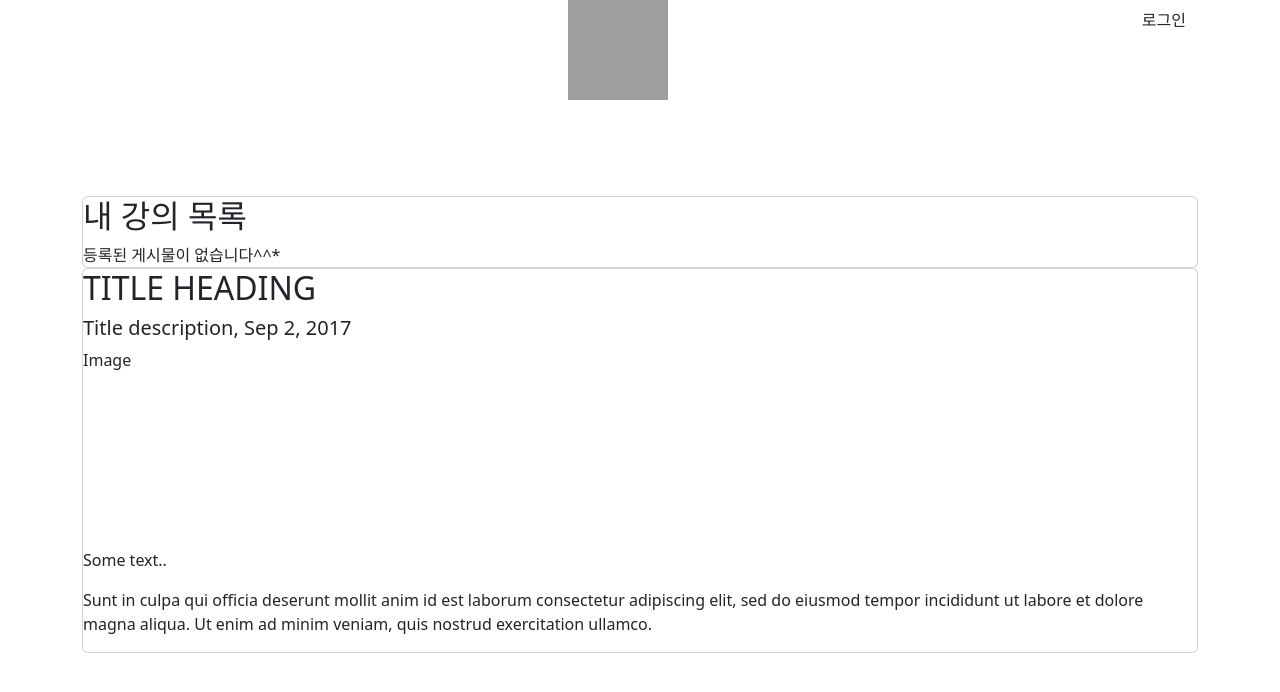
Repository: seonminpark100/CodeCampus
Page: http://localhost/LMSProject/WEB-INF/views/prof/prof.jsp
The author's editor kept a copy of each file at every save. The page is drawn from the files as they stood at one save, then again after the next save.
The browser window is 1280 px wide. The pictures show the whole page.
Pictures or frames that could not be fetched are drawn as grey boxes. The page is served by Tomcat 10. Nobody is signed in. The template is opened directly, without the code that normally fills it, so the values that code supplies are empty.

Above is the page before, as saved 2025-07-11 06:08:03.

After the next save:
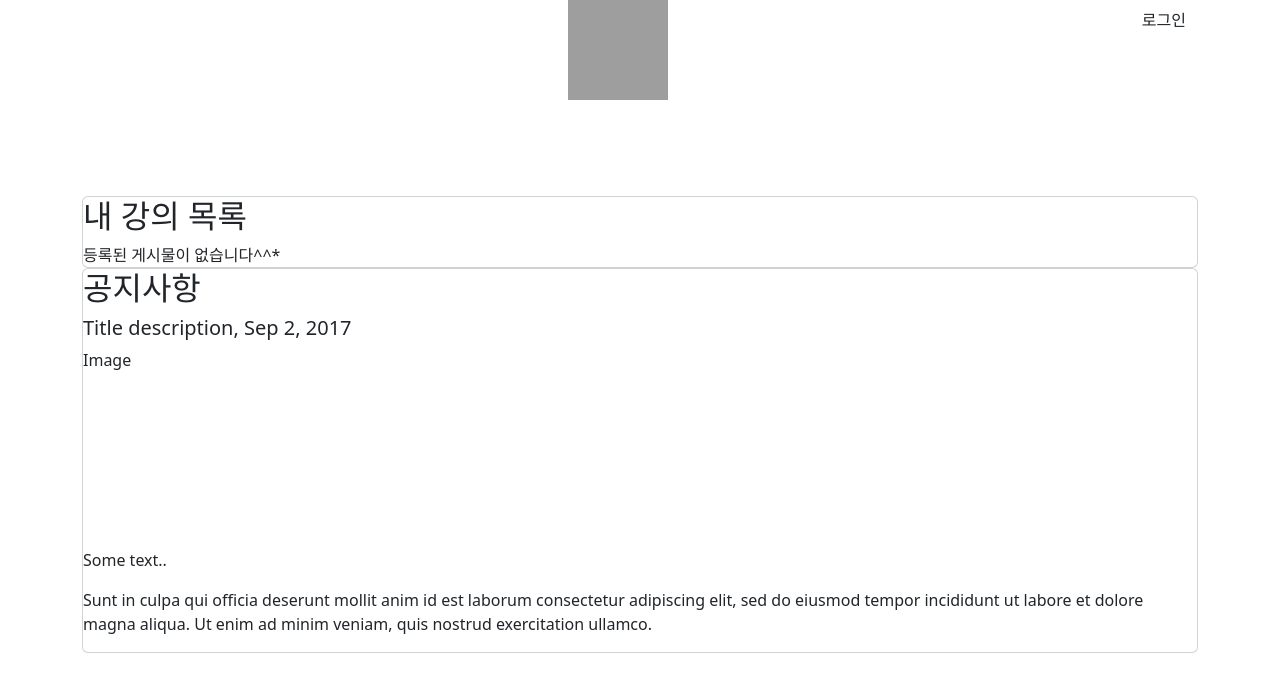
Saved 6 s later.
--- a/LMSProject/src/main/webapp/WEB-INF/views/prof/prof.jsp
+++ b/LMSProject/src/main/webapp/WEB-INF/views/prof/prof.jsp
@@ -36,7 +36,7 @@
 	    </div>
 
 	    <div class="card">
-	      <h2>TITLE HEADING</h2>
+	      <h2>공지사항</h2>
 	      <h5>Title description, Sep 2, 2017</h5>
 	      <div class="fakeimg" style="height:200px;">Image</div>
 	      <p>Some text..</p>
